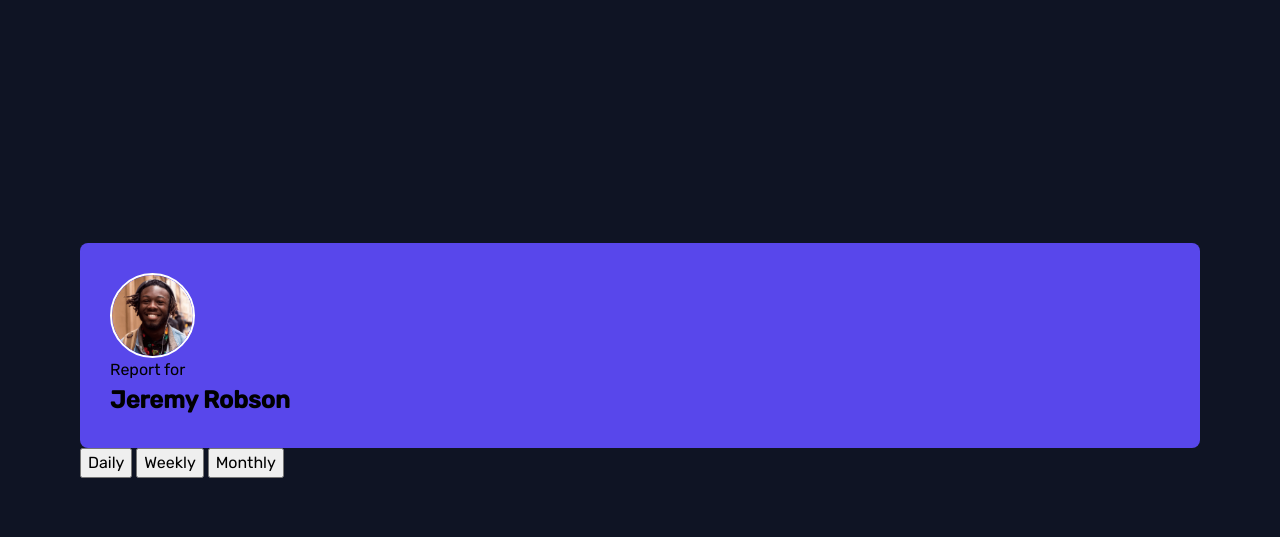
Repository: Akashiii1/WebTimeTracking_Day6
Page: index.html
These files come from the project's save history. The page is drawn as it stood at one moment and after the next save; the edit follows.
The browser window is 1280 px wide. The pictures show the whole page.

Above is the page before, as saved 2021-12-26 23:45:45.

After the next save:
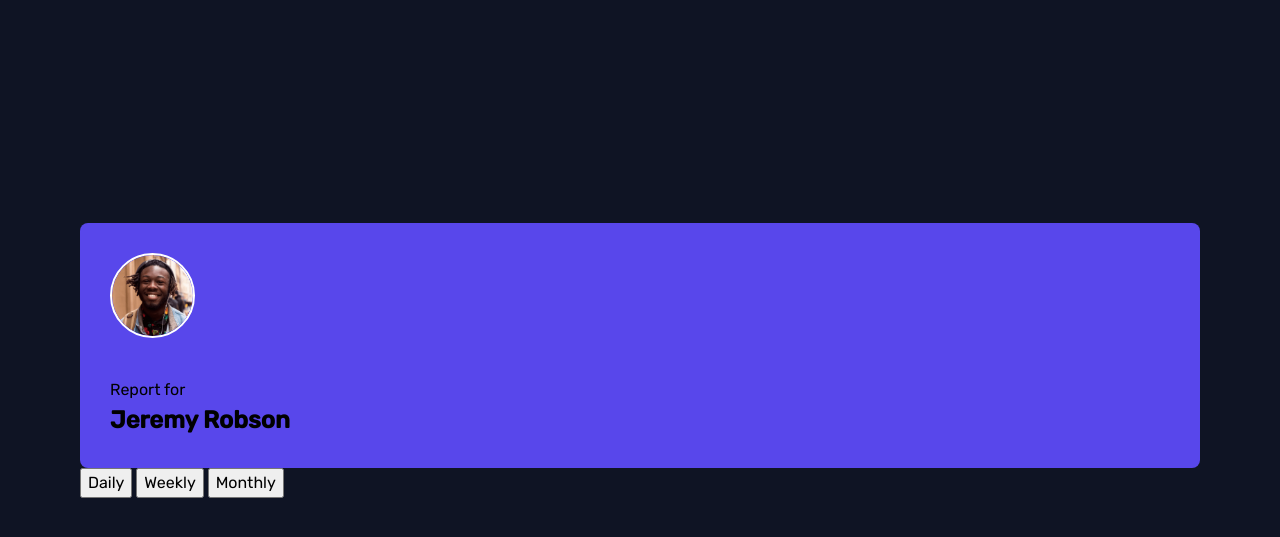
Saved 20 s later.
--- a/style.css
+++ b/style.css
@@ -65,6 +65,7 @@ body{
 .user-img{
   width: 85px;
   height: 85px;
+  margin-bottom: 40px;
 }
 .user-img img{
   border-radius: 50%;
